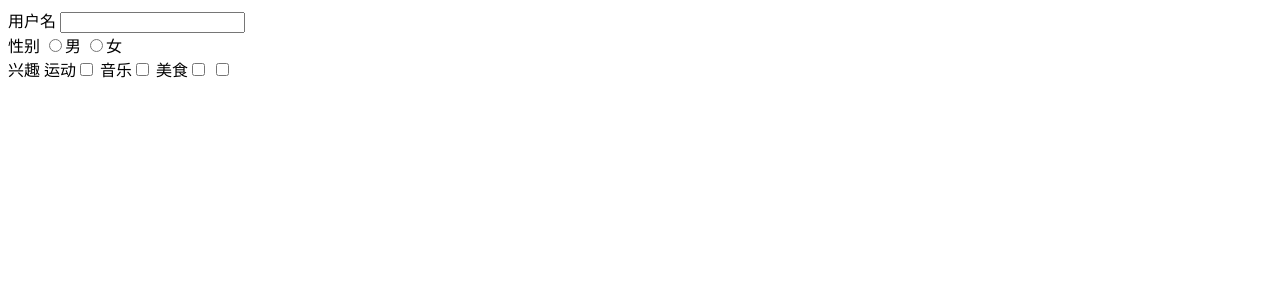
Repository: startshineye/webserver
Page: javaServer-13/oa/save.html
An editor plug-in stored every save of this project. The page is shown before and after the next save, followed by the edit.
The browser window is 1280 px wide. The pictures show the whole page.

Above is the page before, as saved 2016-12-14 11:45:19.

### javaServer-13/oa/save.html
<!DOCTYPE html PUBLIC "-//W3C//DTD HTML 4.01 Transitional//EN" "http://www.w3.org/TR/html4/loose.dtd">
<html>
<head>
<meta http-equiv="Content-Type" content="text/html; charset=UTF-8">
<title>oa办公-用户信息保存</title>
</head>
<body>
   <form action="/oa/user/save">
     用户名
     <input type="text" name = "username"><br>
  性别
    <input type="radio" name = "sex" value="m"/>男
    <input type="radio" name = "sex" value = "f"/>女
    <br/>
 兴趣
    运动<input type="checkbox" name = "interest" value = "sport">
    音乐<input type="checkbox" name = "interest" value = "music">
    美食<input type="checkbox" name = "interest" value = "food">
    <input type="checkbox" name = "interest" value = "sport">

   </form>
</body>
</html>

After the next save:
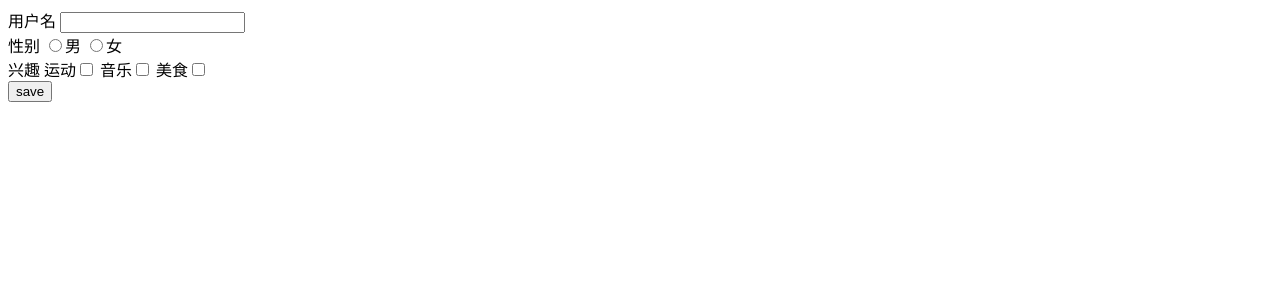
Saved 42 s later.
--- a/javaServer-13/oa/save.html
+++ b/javaServer-13/oa/save.html
@@ -16,7 +16,8 @@
     运动<input type="checkbox" name = "interest" value = "sport">
     音乐<input type="checkbox" name = "interest" value = "music">
     美食<input type="checkbox" name = "interest" value = "food">
-    <input type="checkbox" name = "interest" value = "sport">
+   <br>
+   <input type="submit" value="save">
 
    </form>
 </body>
